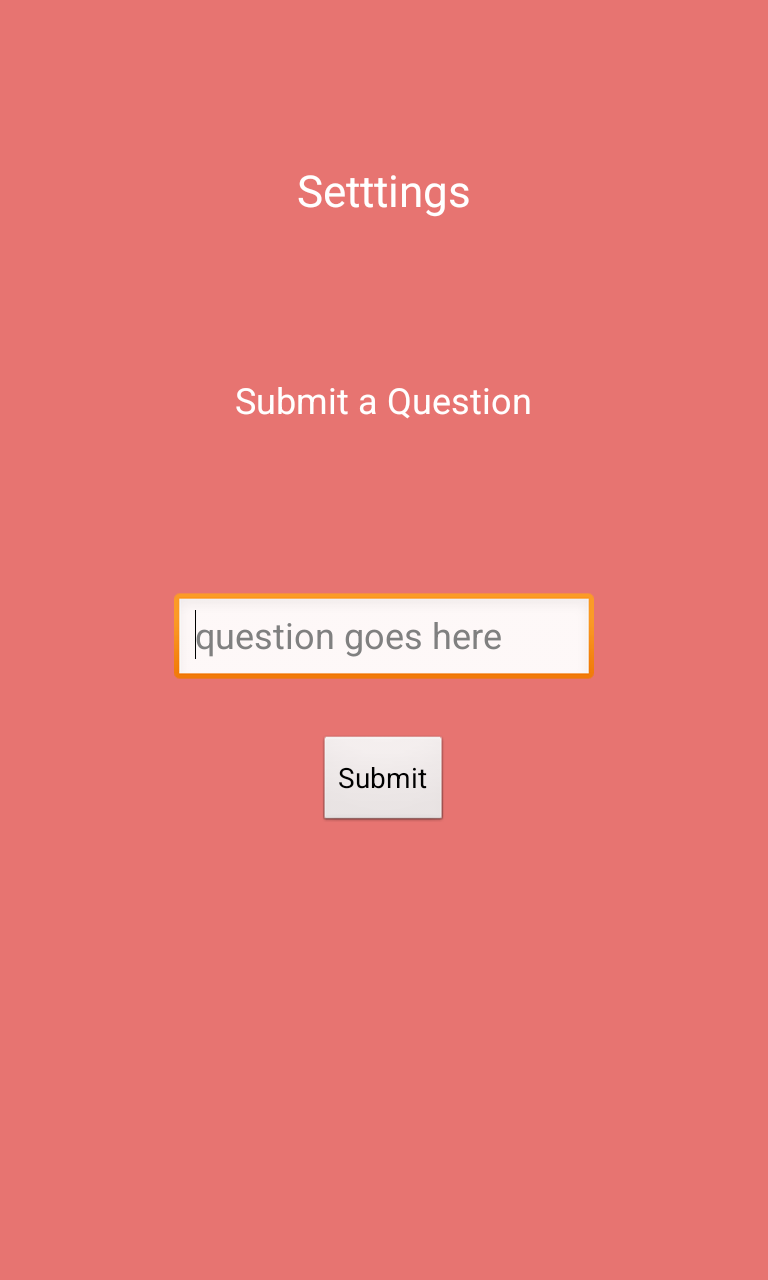
Repository: DarwinLYang/WhoGoesFirstApp
Layout: Who First/WhoFirst/res/layout/fragment_settings.xml
An editor plug-in stored every save of this project. The layout is shown before and after the next save, followed by the edit.
It is drawn on a 768 x 1280 px phone screen (xhdpi) without system bars, with theme android:Theme.NoTitleBar.Fullscreen; the app's code is not run.

Above is the layout before, as saved 2014-04-10 21:13:02.

After the next save:
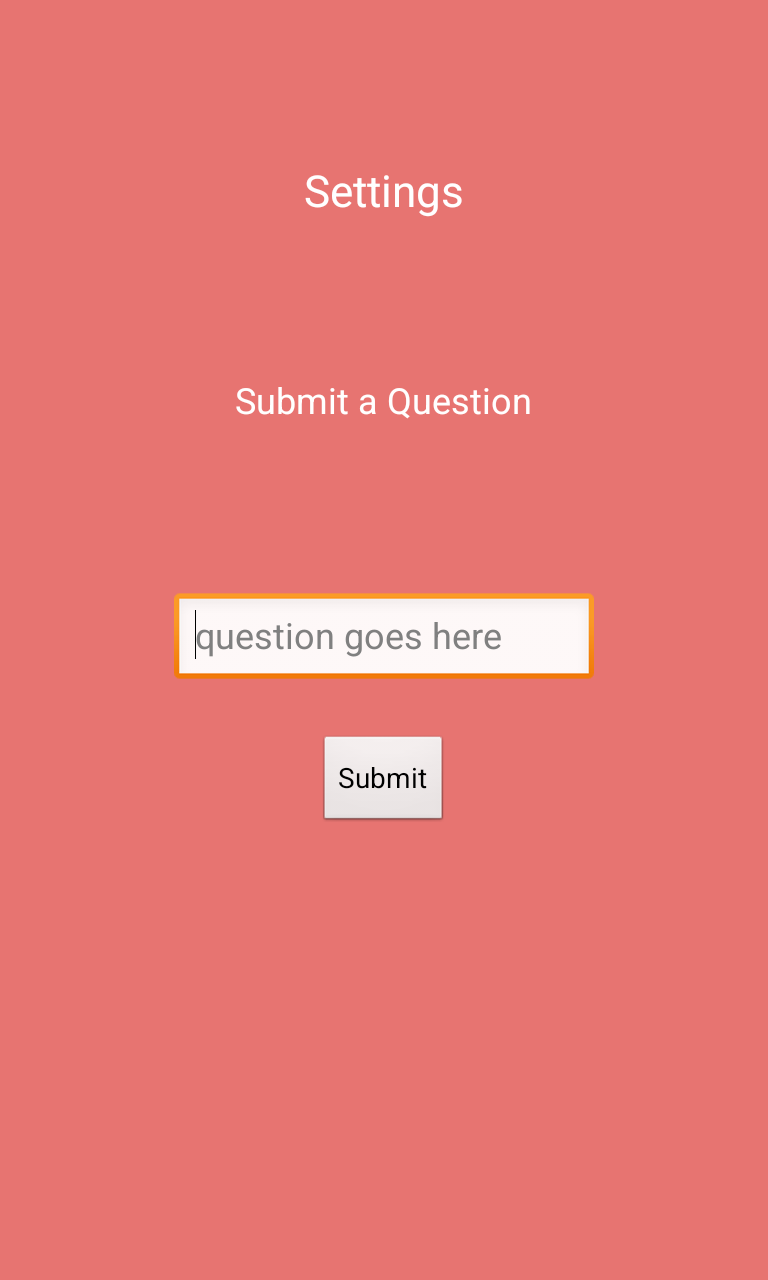
Saved 46 s later.
--- a/Who First/WhoFirst/res/layout/fragment_settings.xml
+++ b/Who First/WhoFirst/res/layout/fragment_settings.xml
@@ -16,7 +16,7 @@
         android:layout_alignParentTop="true"
         android:layout_centerHorizontal="true"
         android:layout_marginTop="64dp"
-        android:text="Setttings"
+        android:text="@string/text_settings_title"
         android:textAppearance="?android:attr/textAppearanceLarge" />
 
     <TextView
